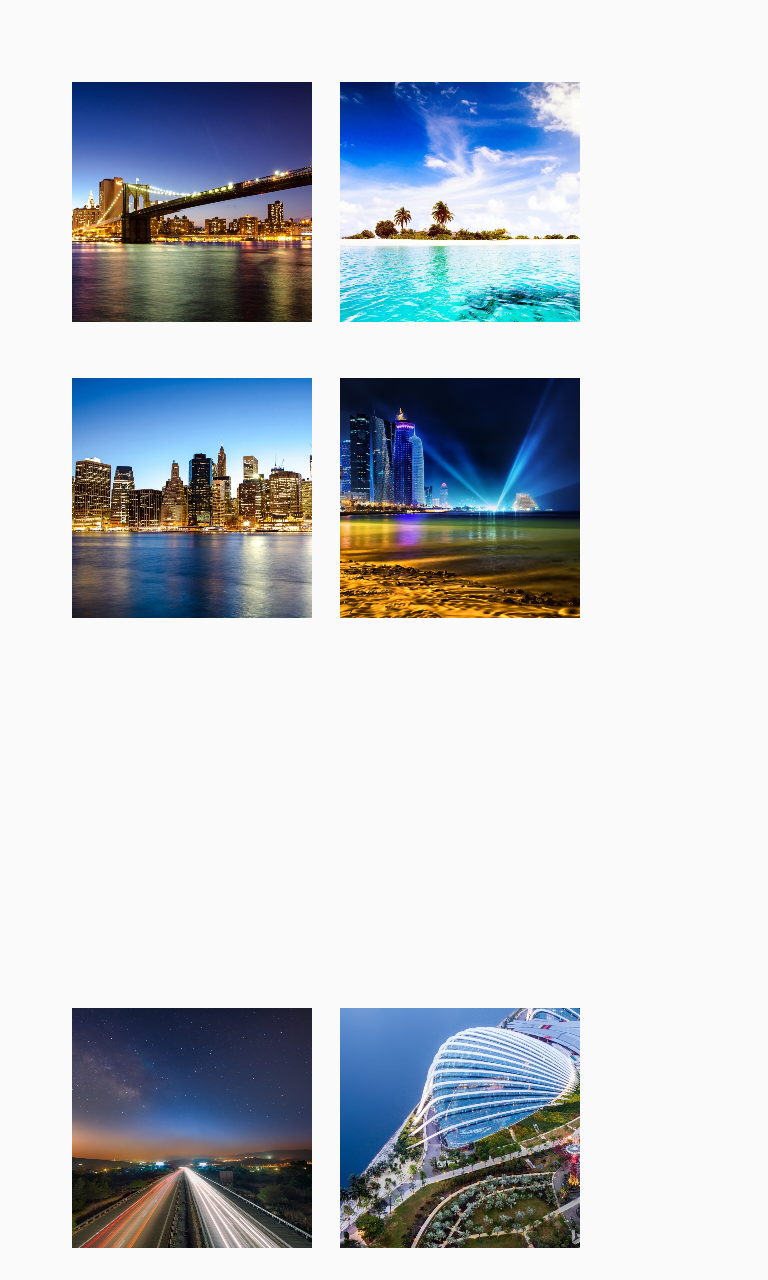
Repository: MarcSelles/nPuzzle10447768
Layout: NPuzzle10447768/res/layout/activity_main.xml
The author's editor kept a copy of each file at every save. The layout is drawn from the files as they stood at one save, then again after a run of saves.
It is drawn on a 768 x 1280 px phone screen (xhdpi) without system bars, with theme AppTheme; the app's code is not run.

Above is the layout before, as saved 2014-11-23 13:24:58.

### NPuzzle10447768/res/layout/activity_main.xml
<RelativeLayout xmlns:android="http://schemas.android.com/apk/res/android"
    xmlns:tools="http://schemas.android.com/tools"
    android:layout_width="match_parent"
    android:layout_height="match_parent"
    android:paddingBottom="@dimen/activity_vertical_margin"
    android:paddingLeft="@dimen/activity_horizontal_margin"
    android:paddingRight="@dimen/activity_horizontal_margin"
    android:paddingTop="@dimen/activity_vertical_margin"
    tools:context="nl.mprog.projects.NPuzzle10447768.MainActivity" >



    <ImageView
        android:id="@+id/imageView1"
        android:layout_width="120dp"
        android:layout_height="120dp"
        android:layout_alignParentLeft="true"
        android:layout_alignParentTop="true"
        android:layout_marginLeft="20dp"
        android:layout_marginTop="25dp"
        android:scaleType="fitXY"
        android:src="@drawable/brooklyn_bridge" />

    <ImageView
        android:id="@+id/imageView2"
        android:layout_width="120dp"
        android:layout_height="120dp"
        android:layout_alignTop="@+id/imageView1"
        android:layout_marginLeft="14dp"
        android:layout_toRightOf="@+id/imageView1"
        android:scaleType="fitXY"
        android:src="@drawable/diggrini_island" />

    <ImageView
        android:id="@+id/imageView3"
        android:layout_width="120dp"
        android:layout_height="120dp"
        android:layout_below="@+id/imageView1"
        android:layout_marginTop="28dp"
        android:layout_toLeftOf="@+id/imageView2"
        android:scaleType="fitXY"
        android:src="@drawable/manhattan_skyline" />

    <ImageView
        android:id="@+id/imageView4"
        android:layout_width="120dp"
        android:layout_height="120dp"
        android:layout_alignLeft="@+id/imageView2"
        android:layout_alignTop="@+id/imageView3"
        android:scaleType="fitXY"
        android:src="@drawable/qatar_skyline" />

    <ImageView
        android:id="@+id/imageView5"
        android:layout_width="120dp"
        android:layout_height="120dp"
        android:layout_alignLeft="@+id/imageView3"
        android:layout_alignParentBottom="true"
        android:scaleType="fitXY"
        android:src="@drawable/rush_hour" />

    <ImageView
        android:id="@+id/imageView6"
        android:layout_width="120dp"
        android:layout_height="120dp"
        android:layout_alignLeft="@+id/imageView4"
        android:layout_alignTop="@+id/imageView5"
        android:scaleType="fitXY"
        android:src="@drawable/singapore_city" />



</RelativeLayout>

### NPuzzle10447768/res/values/strings.xml
<?xml version="1.0" encoding="utf-8"?>
<resources>

    <string name="app_name">NPuzzle10447768</string>
    <string name="hello_world">Hello world!</string>
    <string name="action_settings">Settings</string>
    <string name="choose_image">Kies een puzzel</string>
    <string name="title_activity_the_game">TheGame</string>

</resources>

Loaded but not shown: NPuzzle10447768/res/values/styles.xml (common file); NPuzzle10447768/res/values-v11/styles.xml (common file); NPuzzle10447768/res/values-v14/styles.xml (common file); NPuzzle10447768/res/values/dimens.xml (common file); NPuzzle10447768/res/values-w820dp/dimens.xml (common file)

After the next 2 saves:
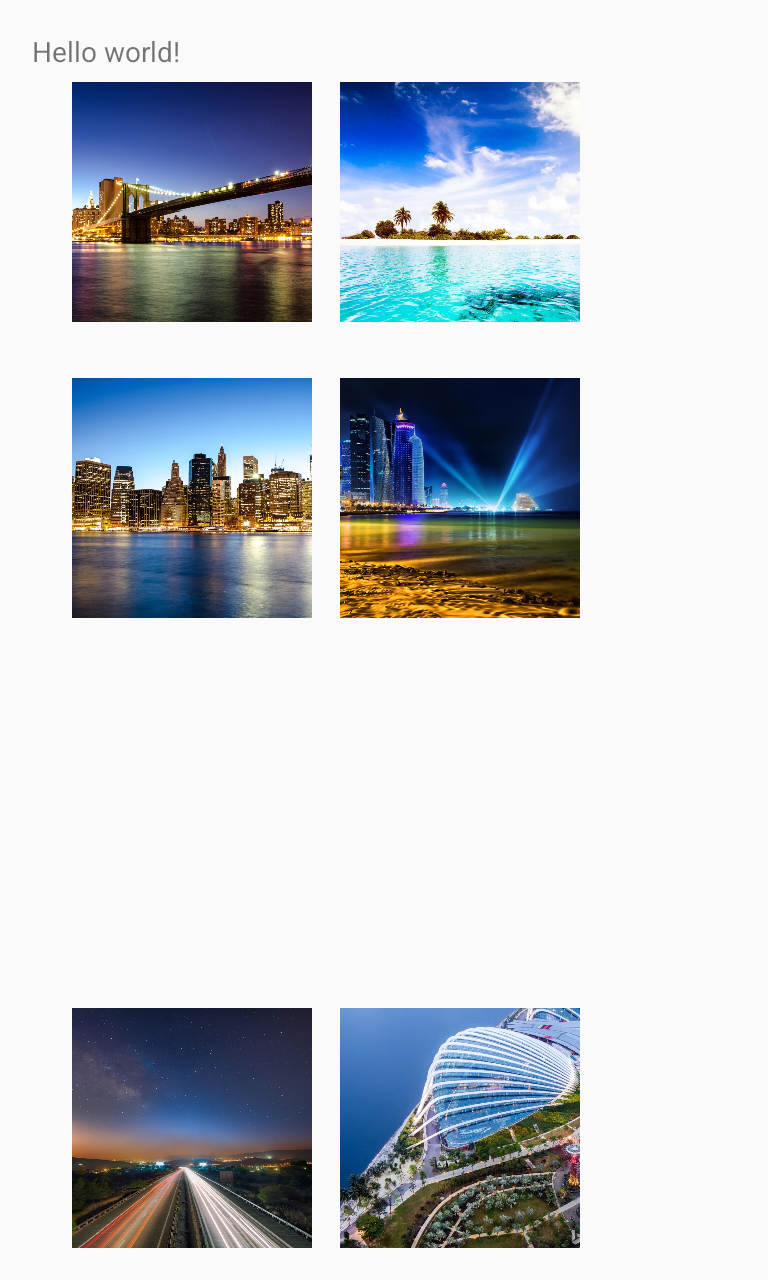
The 2 saves are shown as one change because 1 did not build or start.
The last was saved 35 s later.
--- a/NPuzzle10447768/res/layout/activity_main.xml
+++ b/NPuzzle10447768/res/layout/activity_main.xml
@@ -8,7 +8,10 @@
     android:paddingTop="@dimen/activity_vertical_margin"
     tools:context="nl.mprog.projects.NPuzzle10447768.MainActivity" >
 
-
+	<TextView
+        android:layout_width="wrap_content"
+        android:layout_height="wrap_content"
+        android:text="@string/hello_world" />
 
     <ImageView
         android:id="@+id/imageView1"
